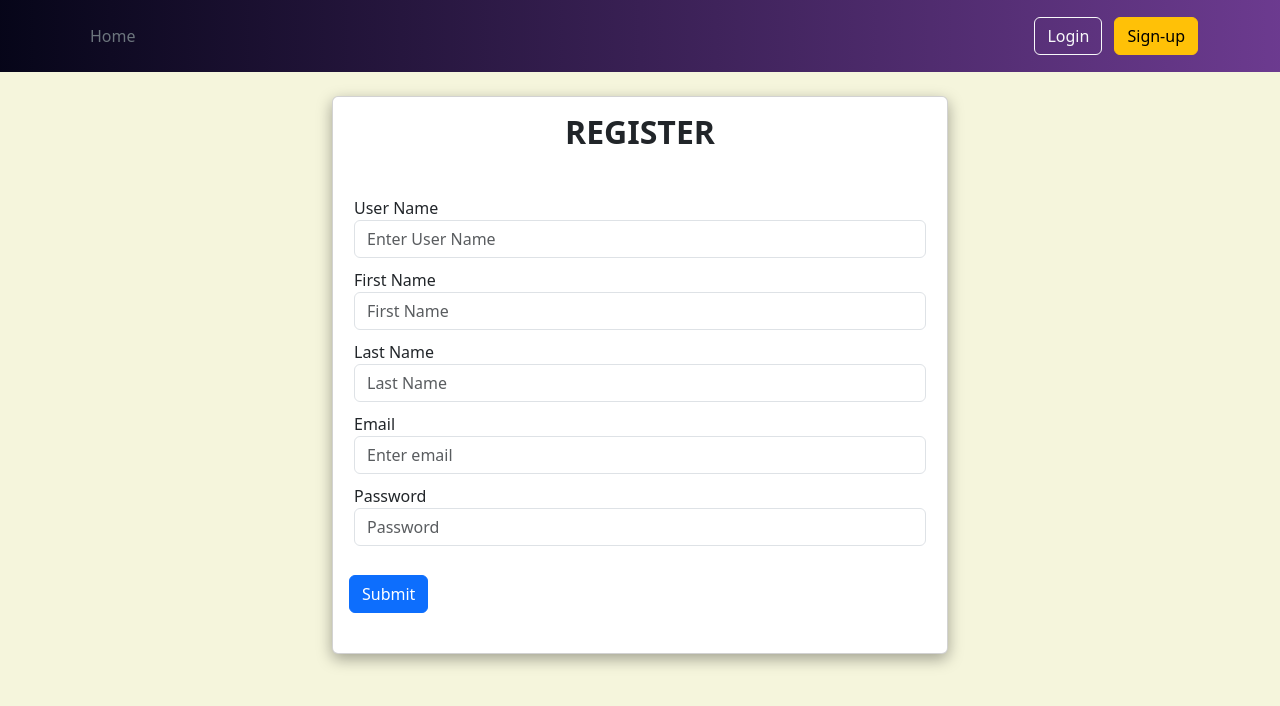
Repository: professorsourabh/php_membership
Page: index.html
The author's editor kept a copy of each file at every save. The page is drawn from the files as they stood at one save, then again after the next save.
The browser window is 1280 px wide. The pictures show the whole page.

Above is the page before, as saved 2023-07-08 18:34:21.

After the next save:
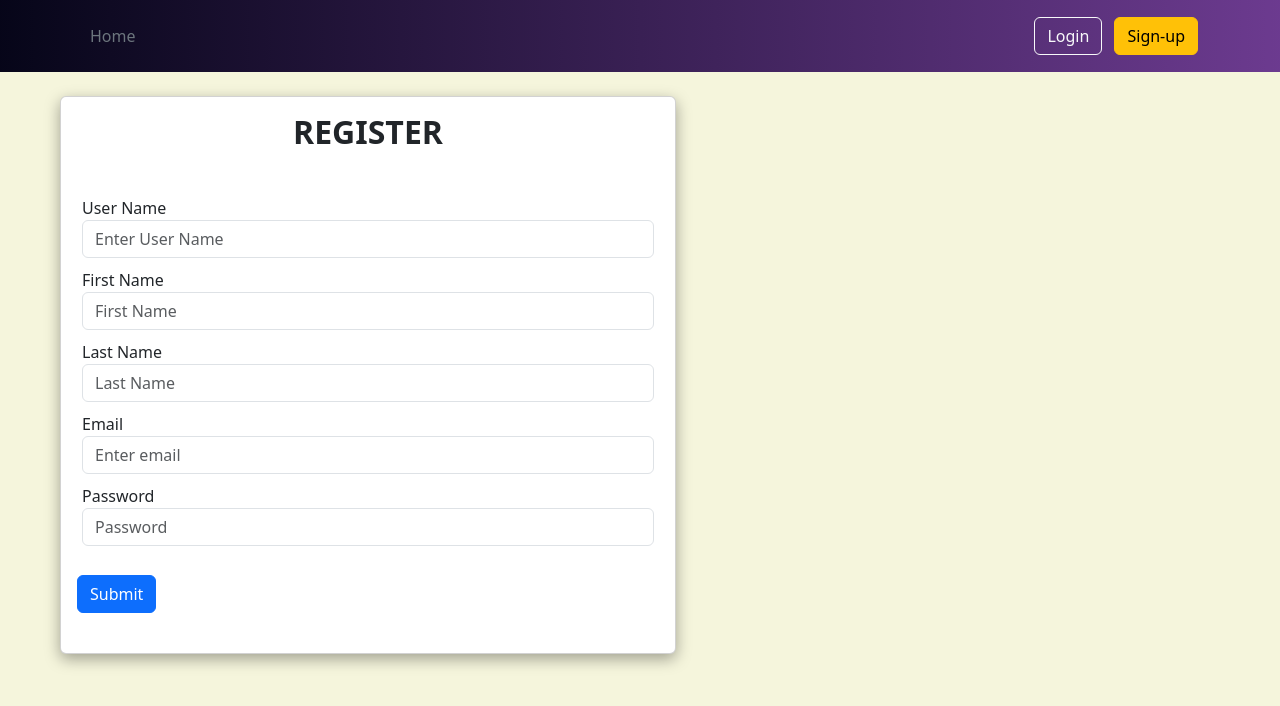
Saved 21 s later.
--- a/index.html
+++ b/index.html
@@ -24,7 +24,7 @@
           </div>
         </div>
       </header>
-      <div class="container my-4 col-lg-6">
+      <div class="container my-4 mx-5 col-lg-6">
         <div class="card my-4" style="box-shadow: rgba(0, 0, 0, 0.35) 0px 5px 15px;">
             <div class="card-heading text-center my-3 mx-2">
                 <h2 class="text-uppercase fw-bold">Register</h2>

After the save that followed:
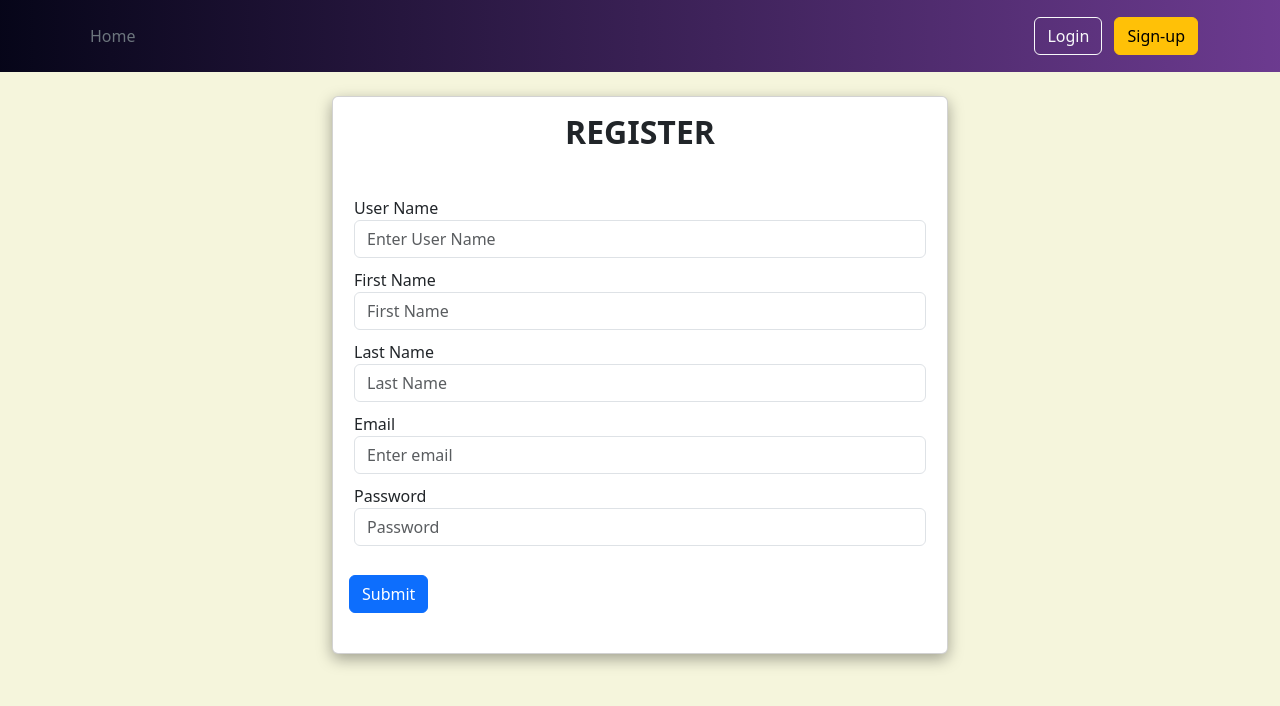
Saved 8 s later.
--- a/index.html
+++ b/index.html
@@ -24,7 +24,7 @@
           </div>
         </div>
       </header>
-      <div class="container my-4 mx-5 col-lg-6">
+      <div class="container my-4 col-lg-6">
         <div class="card my-4" style="box-shadow: rgba(0, 0, 0, 0.35) 0px 5px 15px;">
             <div class="card-heading text-center my-3 mx-2">
                 <h2 class="text-uppercase fw-bold">Register</h2>
